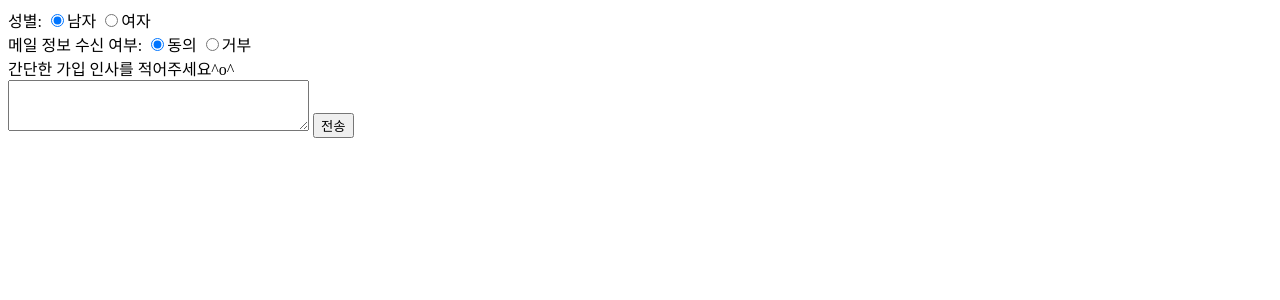
Repository: Yoon-jae-min/JSP-Servlet_Study
Page: http://localhost/web-study-02/08_radio.jsp
An editor plug-in stored every save of this project. The page is shown before and after the next save, followed by the edit.
The browser window is 1280 px wide. The pictures show the whole page.
The page is served by Tomcat 10.

Above is the page before, as saved 2024-06-06 08:27:37.

After the next save:
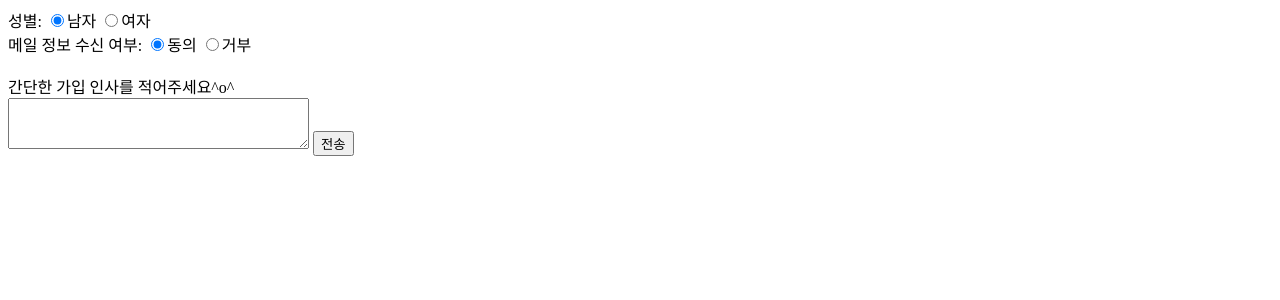
Saved 22 s later.
--- a/JSP&Servlet-Study/web-study-02/src/main/webapp/08_radio.jsp
+++ b/JSP&Servlet-Study/web-study-02/src/main/webapp/08_radio.jsp
@@ -14,7 +14,7 @@
 
 		<label for="chk_mail">메일 정보 수신 여부: </label>
 		<input type="radio" id="chk_mail" name="chk_mail" value="yes" checked>동의
-		<input type="radio" id="chk_mail" name="chk_mail" value="no">거부<br>
+		<input type="radio" id="chk_mail" name="chk_mail" value="no">거부<br><br>
 
 		<label for="content">간단한 가입 인사를 적어주세요^o^<br></label>
 		<textarea id="content" name="content" rows="3" cols="35"></textarea>
